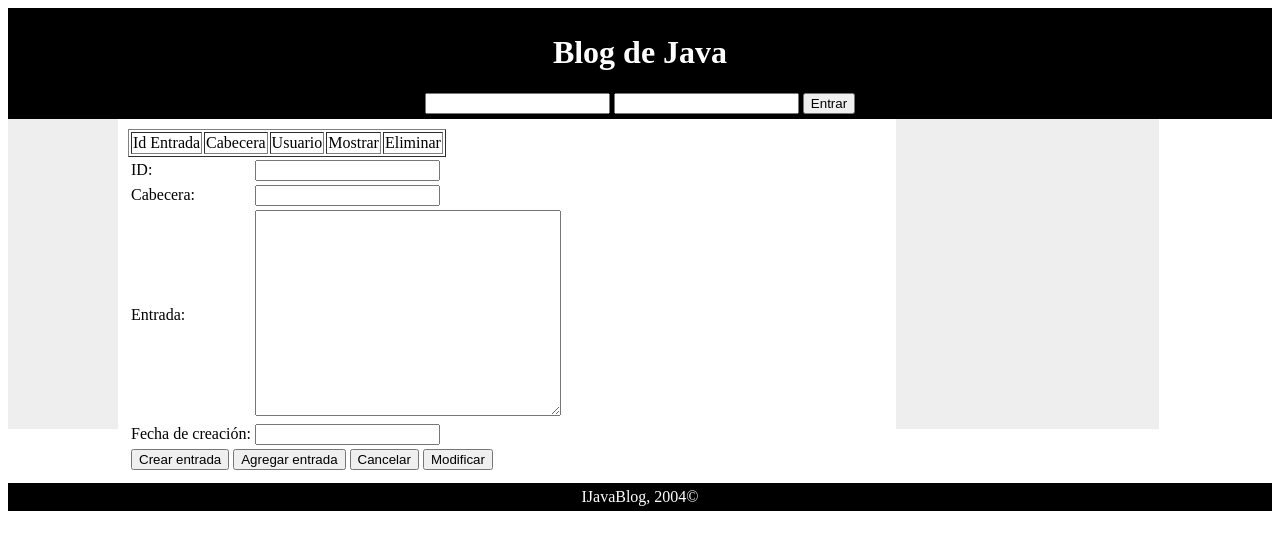
Repository: alruis/IJavaDreamBlog
Page: http://localhost/IJavaBlog/jsp/blog/inicio.jsp
The author's editor kept a copy of each file at every save. The page is drawn from the files as they stood at one save, then again after the next save.
The browser window is 1280 px wide. The pictures show the whole page.
The page is served by Tomcat 9. Nobody is signed in. The application's start-up code is not run. Other server files are loaded and not shown. The template is opened directly, without the code that normally fills it, so the values that code supplies are empty.

Above is the page before, as saved 2014-09-25 08:04:41.
Console error: ReferenceError: init is not defined

### IJavaBlog/WebContent/jsp/blog/inicio.jsp
<%@ page language="java" contentType="text/html; charset=UTF-8"
    pageEncoding="UTF-8"%>
     <%@page import="model.Entrada"%>
 <%@page import="java.util.List"%>
<%@ taglib prefix="c" uri="http://java.sun.com/jsp/jstl/core" %>
<%@ taglib prefix="form" uri="http://www.springframework.org/tags/form" %>
<!DOCTYPE html>
<html>
<head>
	<meta charset="UTF-8">
	<title>IJavaBlog</title>
	<!-- <link href="css/comun.css" rel="stylesheet" type="text/css" />  -->
	<!-- <link href="css/bootstrap.css" rel="stylesheet" type="text/css" />   -->


	<style type="text/css">



	td.entradas{
	text-align: left;
	}


	div.cabecera{
	 background-color:black;
    color:white;
    text-align:center;
    padding:5px;
	}

	div.cuerpo{

	}

	div.enlaces{
 	line-height:30px;
    background-color:#eeeeee;
    height:300px;
    width:20%;
    float:left;
    padding:5px;

	}
	div.entradas{
	width:60%;
    float:left;
    padding:10px;

	}

	div.navegacion{
	 line-height:20%;
    background-color:#eeeeee;
    height:300px;
    width:100px;
    float:left;
    padding:5px;
	}




	div.pie{
	 background-color:black;
    color:white;
    clear:both;
    text-align:center;
   padding:5px;

	}






	</style>

	<script>

	const AGREGAR = 0;
		const MODIFICAR = 1;

		var confirmar = function() {
			var confirmado = confirm("Seguro que deseas eliminar la entrada?");
			return confirmado; // true o false
		};

		var guardar = function(op) {
			var form = document.forms.entradaForm;

			if (op == AGREGAR)
				form.action = "agregarEntrada.blog";
			else if (op == MODIFICAR)
				form.action = "modificarEntrada.blog";

			form.submit();
		};



	</script>


</head>
<body  onload="init()">


	<div id="cabecera" class="cabecera"><%@ include file="cabecera.jsp" %></div>

		<div id="errores">
		<c:forEach var="e" items="${errores}">
			${e}<br/>
		</c:forEach>

</div>
	<div id="body" class="cuerpo" >

	<div id="navegacion" class="navegacion"></div>

	<div id="entradas" class="entradas" >
		<table id="tablaEntradas" border="1">


		<tbody id="tbodyEntradas" >
		<thead>
		<tr><td>Id Entrada</td>
		<td>Cabecera</td>
		<td>Usuario</td>
	<td>Mostrar</td>
		<td>Eliminar</td></tr>

		</thead>
		<%
			// Obteniendo personas que son enviadas desde el Controlador
			List<Entrada> entradas = (List<Entrada>)
			request.getAttribute("entradas");

			if (entradas != null) {
				int num = 1;
				for (Entrada ent : entradas) {
		%>

					<tr>

						<td><%= ent.getIdEntrada() %></td>
						<td><%= ent.getCabeceraEntrada() %></td>
						<td>Creada por el usuario: <%= ent.getIdusuario() %></td>
						<td><a href="mostrar.blog?idEntrada=<%= ent.getIdEntrada() %>"> Mostrar	</a>
						</td>
						<td><a
								href="eliminar.blog?idEntrada=<%= ent.getIdEntrada() %>"
								onclick="return confirmar()" >Eliminar
							</a>
						</td>
					</tr>

		<%
				}
			}
		%>
		</tbody>
	</table>


	<!--   <h1>Crear entrada</h1> -->
	<form:form action="agregarEntrada.blog" commandName="entradaForm" method="post">
		<table>
		<tr>
				<td>ID:</td>
				<td><form:input path="idEntrada" readonly="true" /> </td>
			</tr>
			<tr>
				<td>Cabecera:</td>
				<td><form:input path="cabeceraEntrada"/> </td>
			</tr>
			<tr>
				<td>Entrada:</td>
				<td><form:textarea cssStyle="width:300px;height:200px" path="entrada" /> </td>
			</tr>

			<tr>
				<td>Fecha de creación:</td>
				<td><form:input path="fechaCreacion"/> </td>
			</tr>
			<tr>
				<td colspan="2">
					<input type="submit" value="Crear entrada"/>
					<input type="button" value="Agregar entrada" onclick="guardar(AGREGAR)"/>
				<input type="button" value="Cancelar" onclick="window.location.href='inicio.blog'"/>
				<input type="button" value="Modificar" onclick="guardar(MODIFICAR)"/>
				</td>
			</tr>
		</table>
	</form:form>
	</div> <!--  Cierre de div de entradas -->

	<div id="enlaces" class="enlaces"></div>
	</div> <!--  Cierre de div de body -->

	<div class="pie">
	<%@ include file="pie.jsp" %>
	</div>

</body>
</html>

### IJavaBlog/WebContent/jsp/blog/cabecera.jsp
<%@ page language="java" contentType="text/html; charset=UTF-8"
    pageEncoding="UTF-8"%>
<%@ taglib prefix="c" uri="http://java.sun.com/jsp/jstl/core" %>

<!--  <link href="css/cabecera.css" rel="stylesheet" type="text/css" /> -->
<div id="cabecera">
	<form action="autenticar.blog" method="post">
	<div onclick="javascript:location.href='index.blog'"><h1>Blog de Java</h1></div>
	<div>
		<c:choose>
			<c:when test="${empty sessionScope.usuario}">
				<input type="text" name="correo" />
				<input type="text" name="clave" />
				<input type="submit" value="Entrar" />
			</c:when>
			<c:otherwise>
			<span style="text-align: right;">
				Bienvenido, ${sessionScope.usuario.correo }
				<a href="cerrarSesion.blog">Cerrar sesión</a>
			</span>
			</c:otherwise>
		</c:choose>
	</div>
	</form>
</div>

### IJavaBlog/WebContent/jsp/blog/pie.jsp
<%@ page language="java" contentType="text/html; charset=UTF-8"
    pageEncoding="UTF-8"%>
<div id="pie">
	IJavaBlog, 2004&copy;
</div>

After the next save:
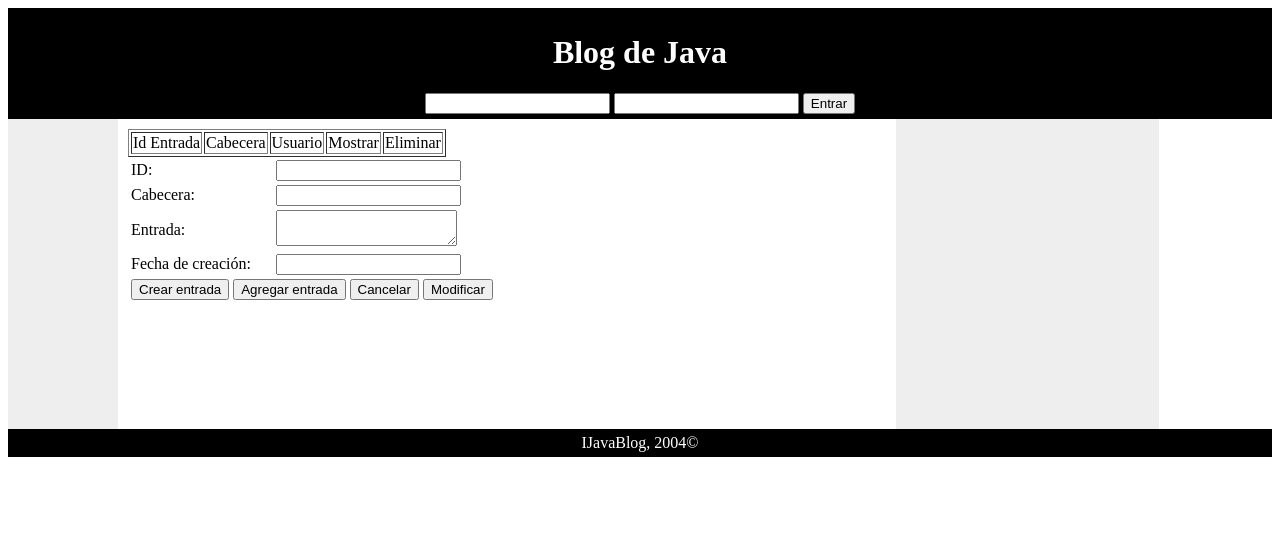
Saved 11 s later.
--- a/IJavaBlog/WebContent/jsp/blog/inicio.jsp
+++ b/IJavaBlog/WebContent/jsp/blog/inicio.jsp
@@ -177,7 +177,7 @@
 			</tr>
 			<tr>
 				<td>Entrada:</td>
-				<td><form:textarea cssStyle="width:300px;height:200px" path="entrada" /> </td>
+				<td><form:textarea  path="entrada" /> </td>
 			</tr>
 
 			<tr>

After the save that followed:
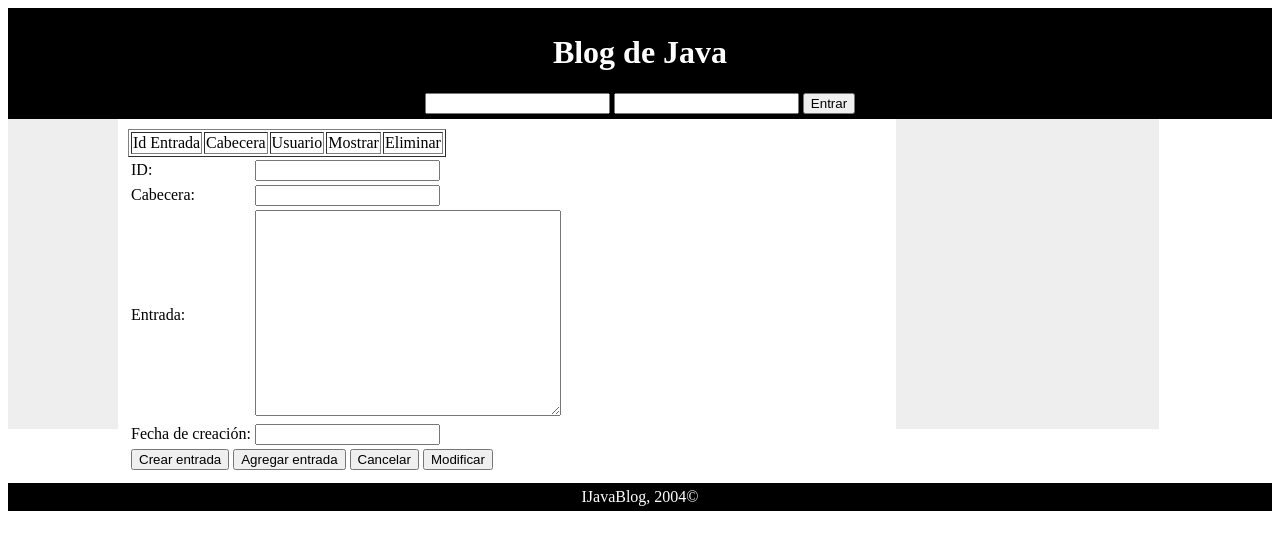
Saved 17 s later.
--- a/IJavaBlog/WebContent/jsp/blog/inicio.jsp
+++ b/IJavaBlog/WebContent/jsp/blog/inicio.jsp
@@ -177,7 +177,7 @@
 			</tr>
 			<tr>
 				<td>Entrada:</td>
-				<td><form:textarea  path="entrada" /> </td>
+				<td><form:textarea cssStyle="width:300px;height:200px" path="entrada" /> </td>
 			</tr>
 
 			<tr>
